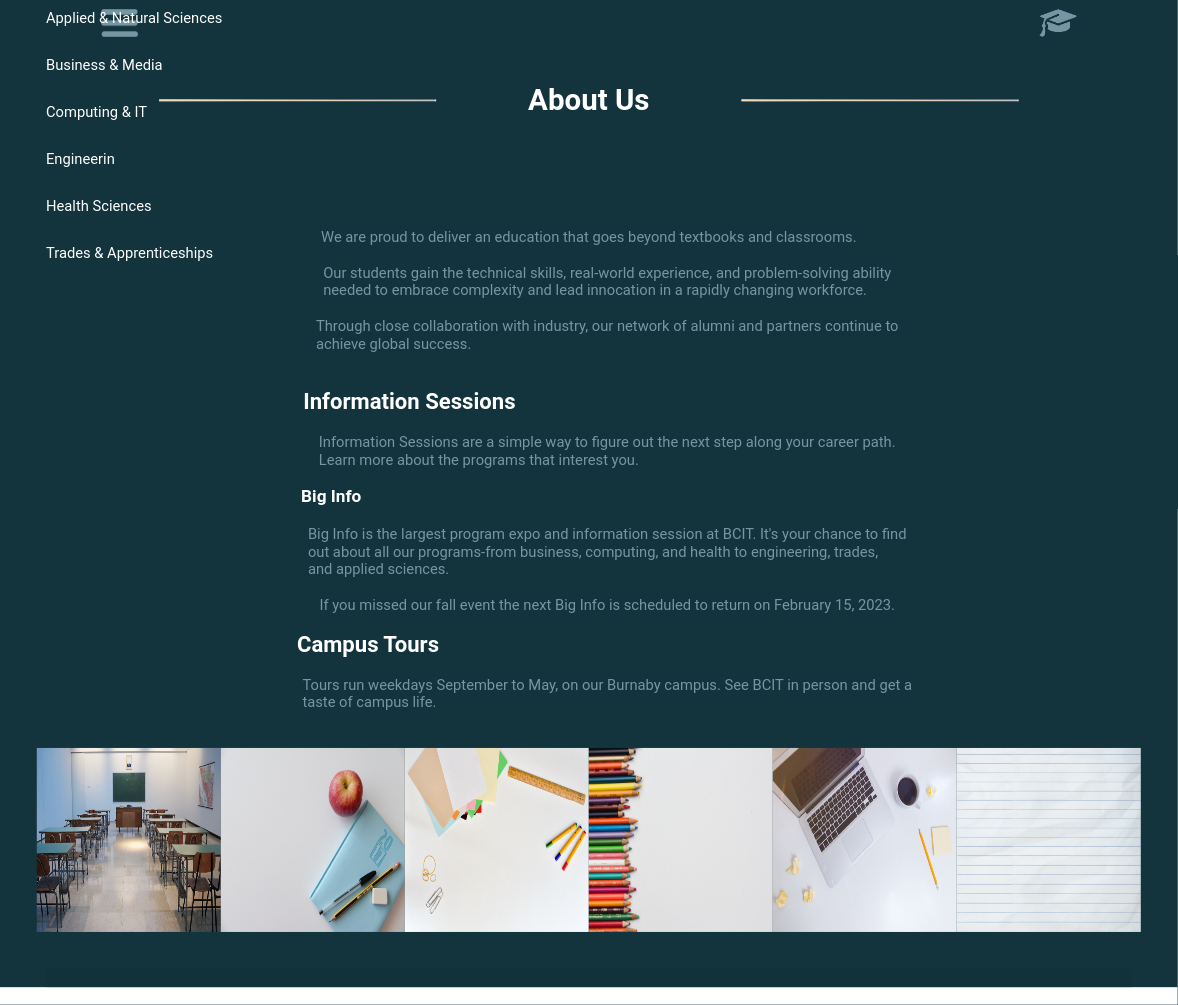
Repository: Sheraliramzan/Aly_A01253508_Assignment1
Page: /about
An editor plug-in stored every save of this project. The page is shown before and after the next save, followed by the edit.
The browser window is 1280 px wide. The pictures show the whole page, at 92% of full size.
The project was rebuilt for these pictures with package versions that can differ from the ones it lists, and the page was loaded fresh each time. The framework's server and built-in components were replaced by stand-ins that run in the browser. Also part of the build but not shown: next.config.js.

Above is the page before, as saved 2023-02-05 09:02:02.

After the next save:
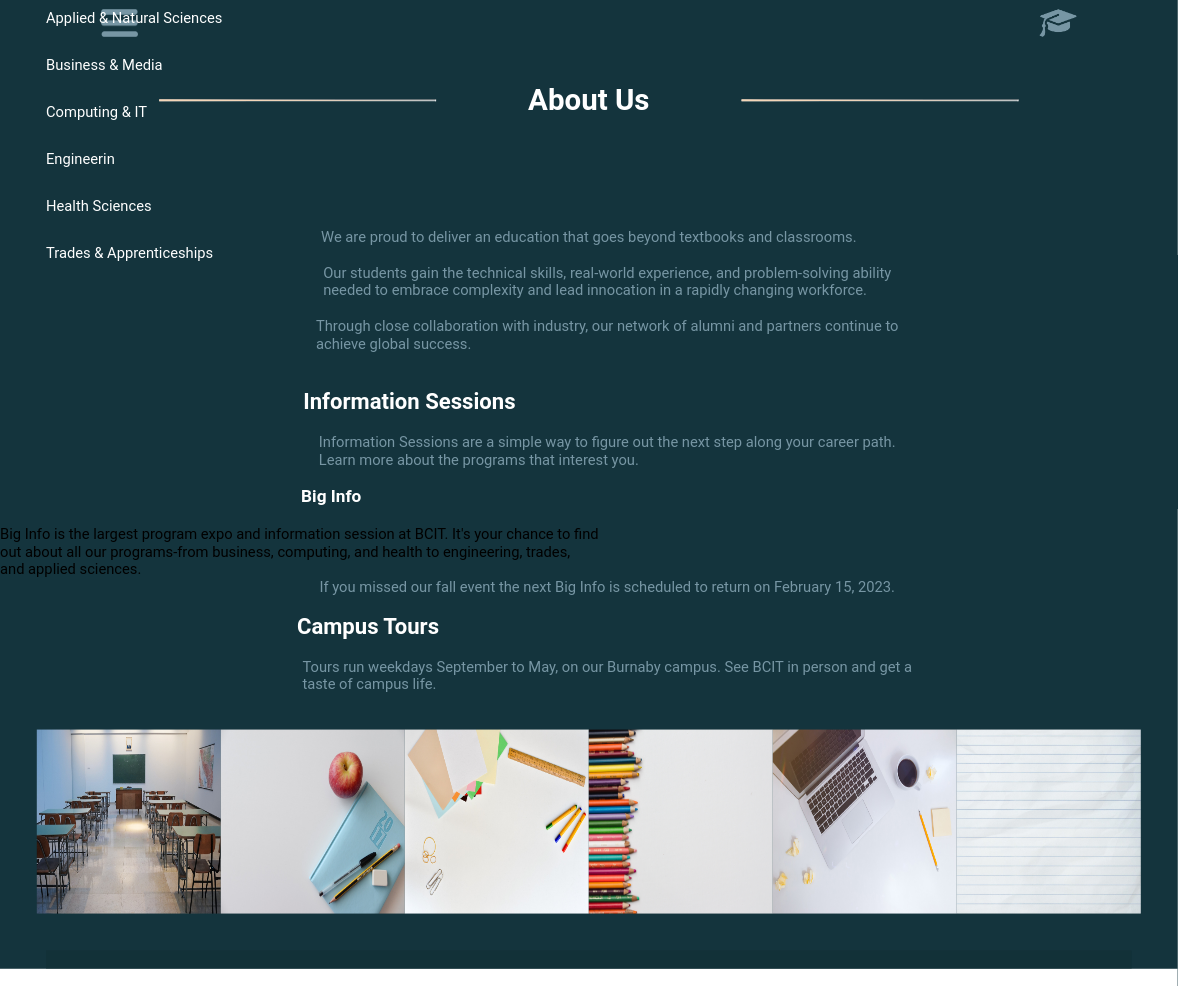
Saved 26 s later.
--- a/pages/about.js
+++ b/pages/about.js
@@ -39,7 +39,7 @@ const About = () => {
                   step along your career path. <br /> Learn more about the
                 programs that interest you.</p>
                 <h3 className='header3'>Big Info</h3>
-              <p className='para3'> Big Info is the largest program expo and information session at
+              <p className='para4'> Big Info is the largest program expo and information session at
                 BCIT. It's your chance to find <br /> out about all our
                 programs-from business, computing, and health to engineering,
                 trades,

After the 3 saves that followed:
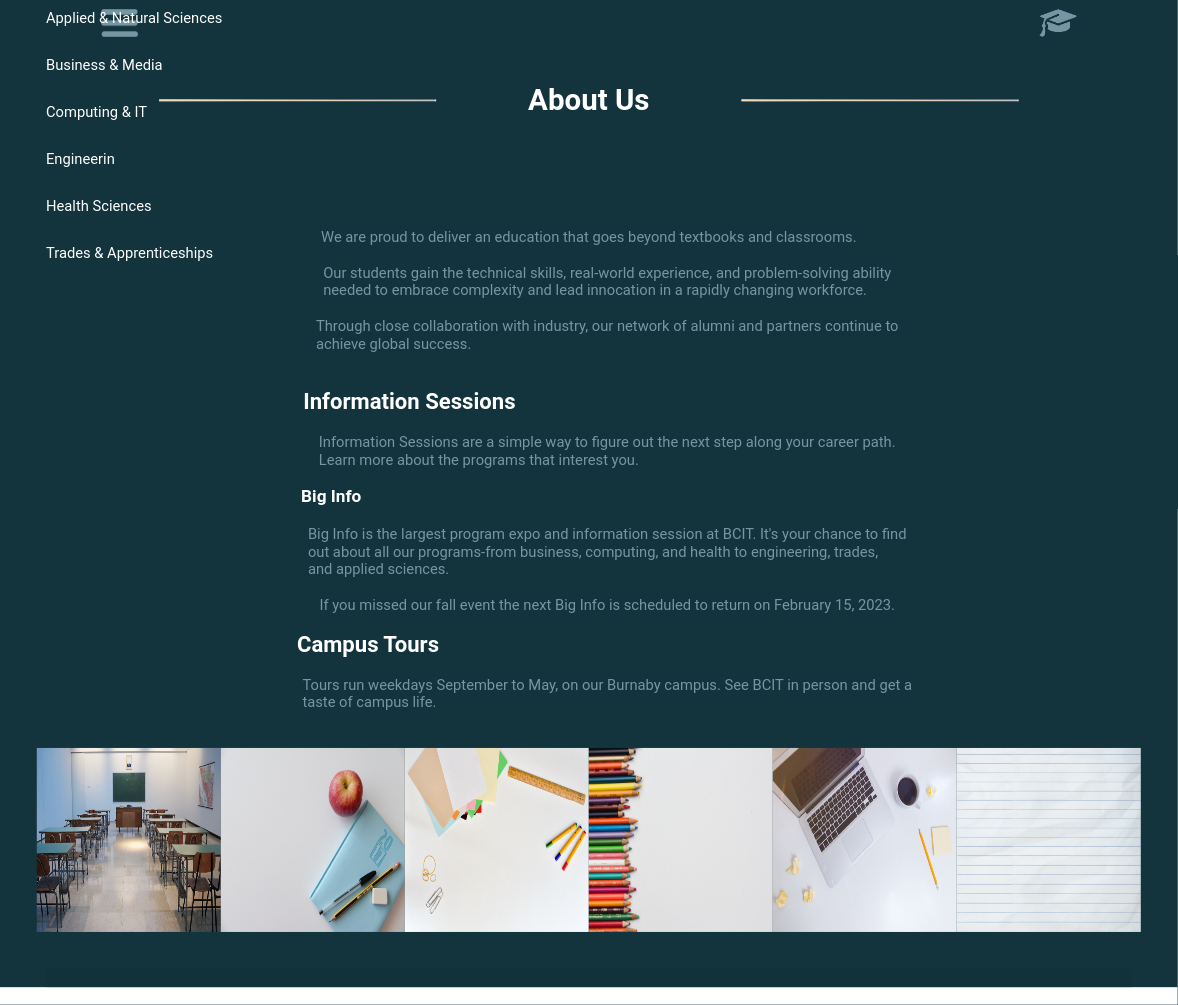
The 3 saves are shown as one change because 1 left the picture as it was and some came seconds apart.
The last was saved 17 s later.
--- a/styles/globals.css
+++ b/styles/globals.css
@@ -195,6 +195,14 @@ ul > li {
   margin-bottom: 20px;
   margin-left: 40px;
 }
+.para4{
+  color: var(--ternary-color);
+  display: flex;
+  align-items: center;
+  justify-content: center;
+  margin-bottom: 20px;
+  margin-left: 40px;
+}
 #carouselImage{
   height: 200px;
   background-repeat: no-repeat;
